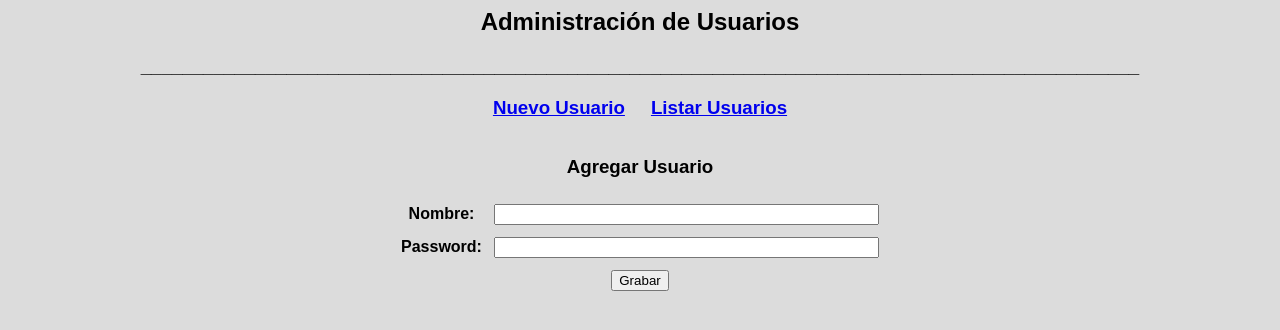
Repository: miguelalvarezcl/examen
Page: http://localhost/CtaCorriente/new
An editor plug-in stored every save of this project. The page is shown before and after the next save, followed by the edit.
The browser window is 1280 px wide. The pictures show the whole page.
The page is served by Tomcat 9.

Above is the page before, as saved 2021-11-13 05:03:54.

After the next save:
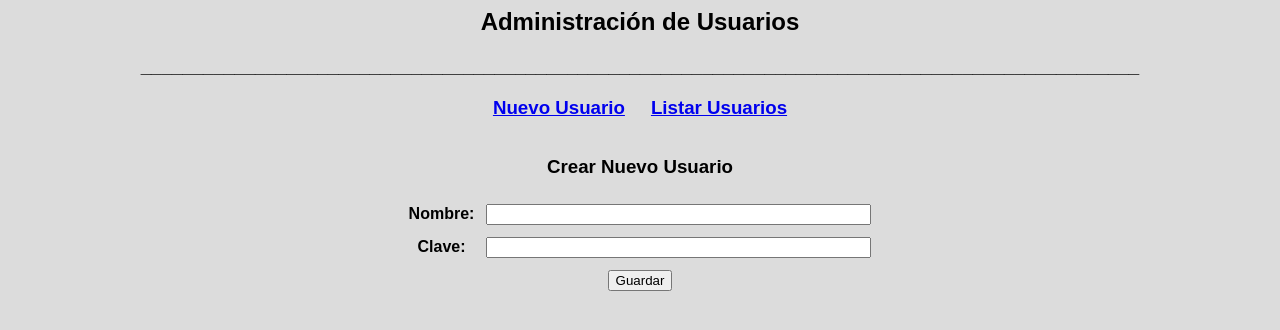
Saved 95 s later.
--- a/CtaCorriente/WebContent/FormularioUsuario.jsp
+++ b/CtaCorriente/WebContent/FormularioUsuario.jsp
@@ -31,7 +31,7 @@
                         Editar usuario
                     </c:if>
                     <c:if test="${usuariobd == null}">
-                        Agregar Usuario
+                        Crear Nuevo Usuario
                     </c:if>
                 </h3>
             </caption>
@@ -47,7 +47,7 @@
                 </td>
             </tr>
             <tr>
-                <th>Password: </th>
+                <th>Clave: </th>
                 <td>
                     <input type="text" name="password" size="45"
                             value="${usuariobd.password}"
@@ -57,7 +57,7 @@
 
             <tr>
                 <td colspan="2" align="center">
-                    <input type="submit" value="Grabar" />
+                    <input type="submit" value="Guardar" />
                 </td>
             </tr>
         </table>
